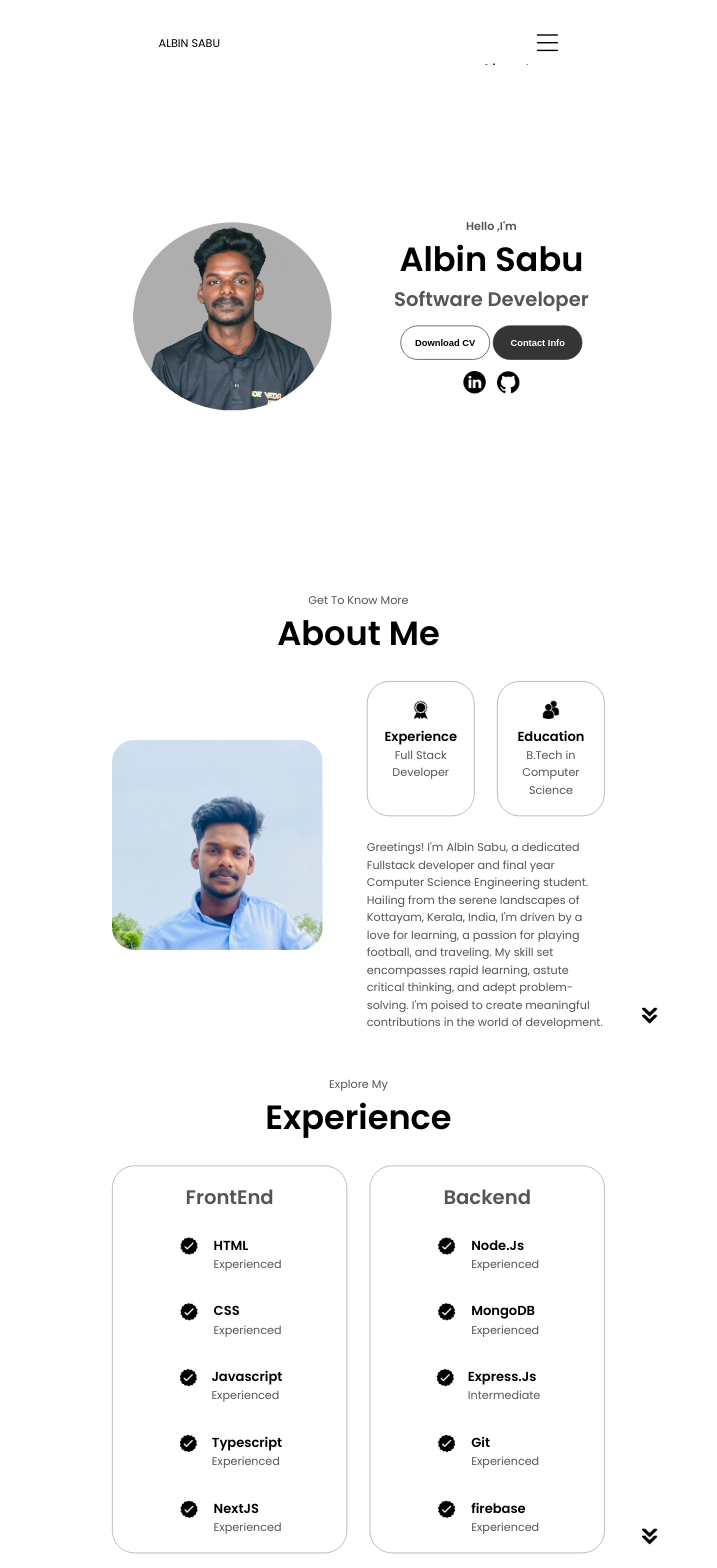
Repository: albinsabu2023/albinsabu
Page: index.html
The author's editor kept a copy of each file at every save. The page is drawn from the files as they stood at one save, then again after the next save.
The browser window is 1024 px wide. The pictures show the part of the page from y = 0 to 2240 px (the page is 3669 px tall before and 3733 px after), at 70% of full size.
A picture or video elsewhere on the page could not be fetched, so the positions and the page height are approximate.

Above is the page before, as saved 2023-08-30 14:11:14.

After the next save:
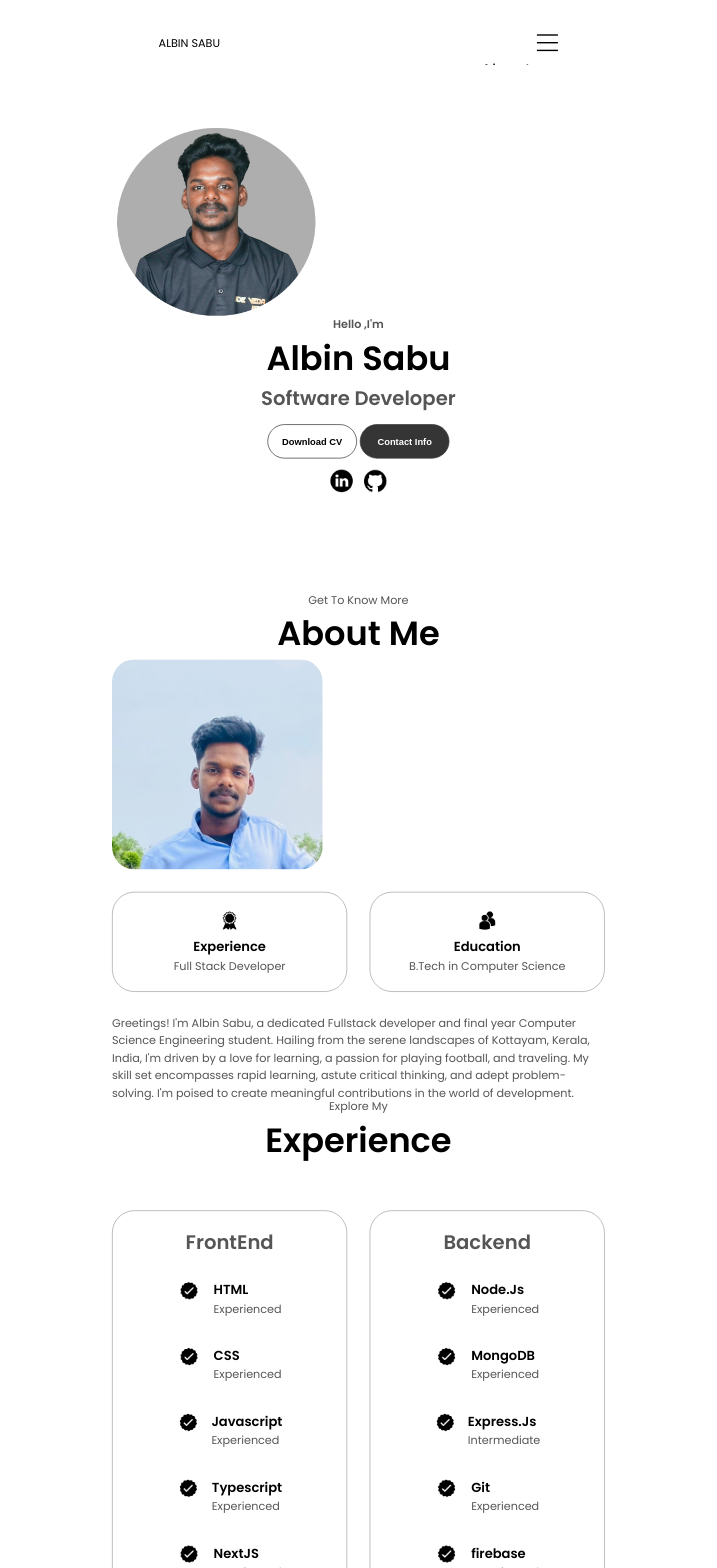
Saved 83 s later.
--- a/mediaqueries.css
+++ b/mediaqueries.css
@@ -15,4 +15,13 @@
     #hamburger-nav{
         display: flex;
     }
+    #experience,.experience-details-container{
+        margin-top: 2rem;
+    }
+    #profile,.section-container{
+        display: block;
+    }
+    .arrow{
+        display: none;
+    }
 }
